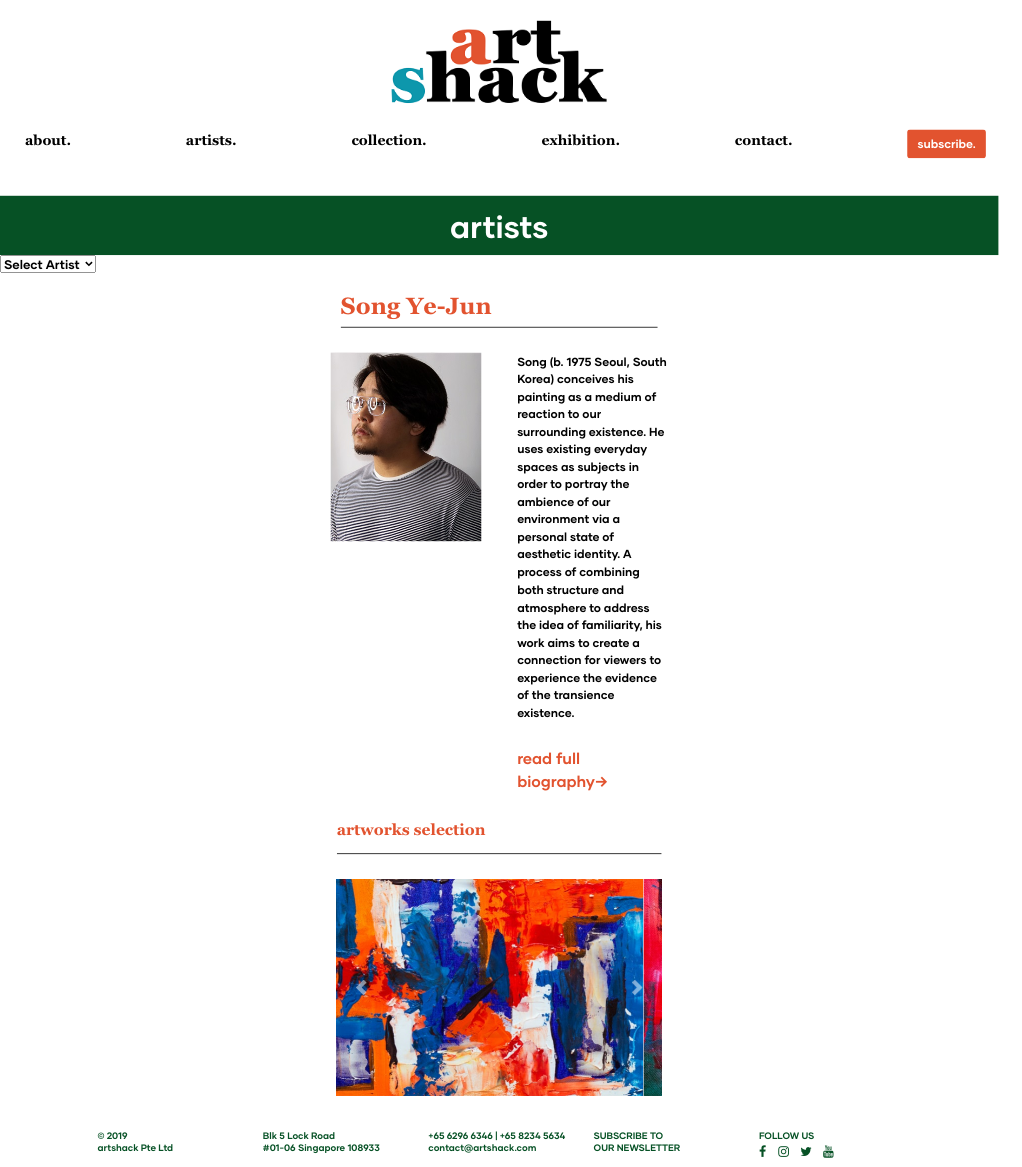
Repository: lynette-lyf/artshack
Page: songyejun.html
The author's editor kept a record of every edit. The page is drawn from the files as they stood at one moment, then again after the next edit.
The browser window is 1280 px wide. The page is 1310 px wide, so the pictures cover 1310 px, including what lies to the right of the window. The pictures show the whole page, at 78% of full size.

Above is the page before.
Not found: artists.css

After the next edit:
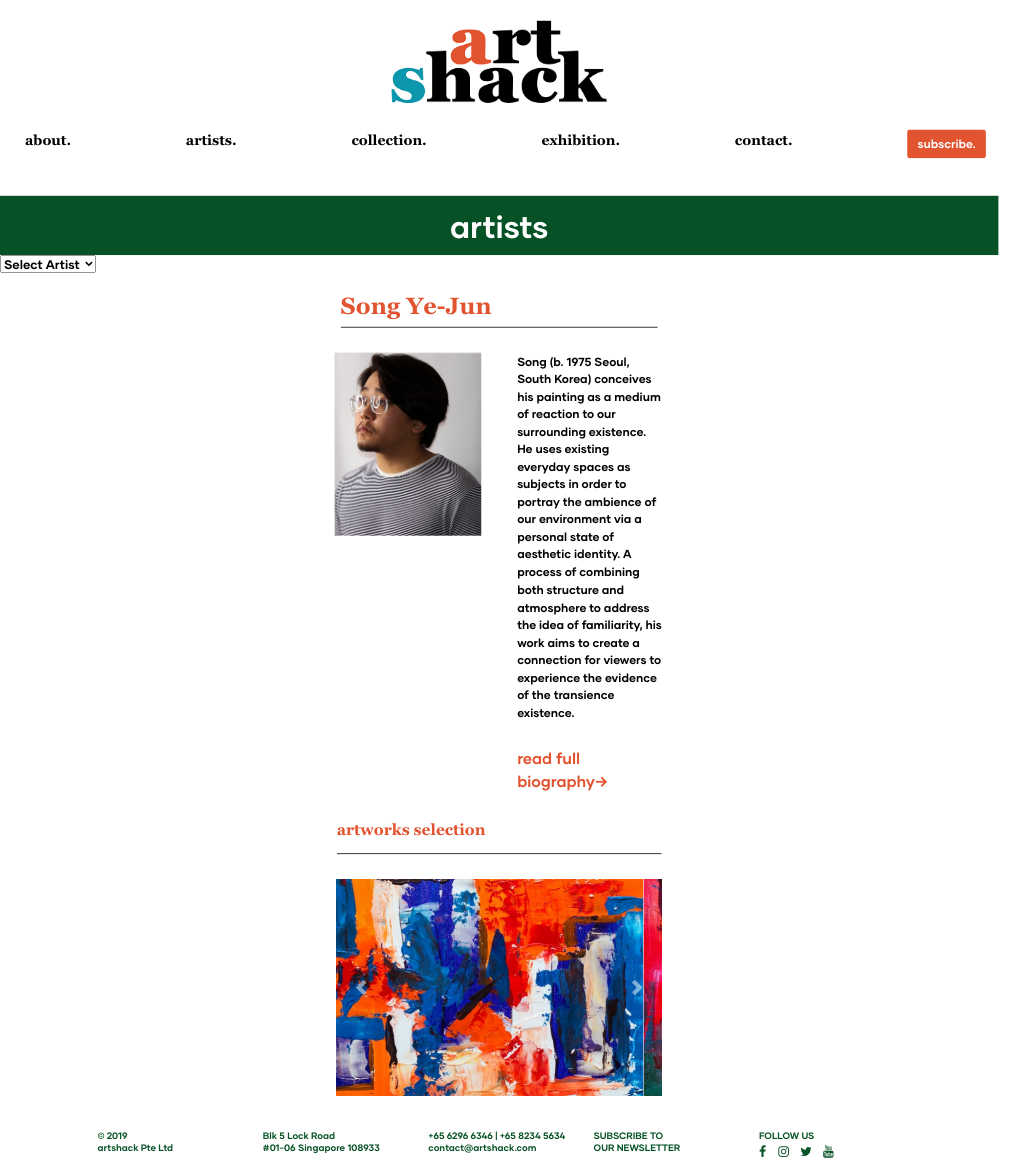
The edit:
--- a/songyejun.html
+++ b/songyejun.html
@@ -362,7 +362,7 @@
 <div class="col col-xl-4 col-lg-8 col-md-10 col-sm-12 mx-2 my-2"><h1 id="S">Song Ye-Jun</h1><hr></div>
 </div>
 
-<div class="row justify-content-center">
+<div class="row justify-content-center mx-auto">
 
 
 <div class="col col-xl-2 col-lg-4 col-md-5 col-sm-12 mx-2 my-2"><img class="img-fluid" src="images/artist2.jpg"></div>
